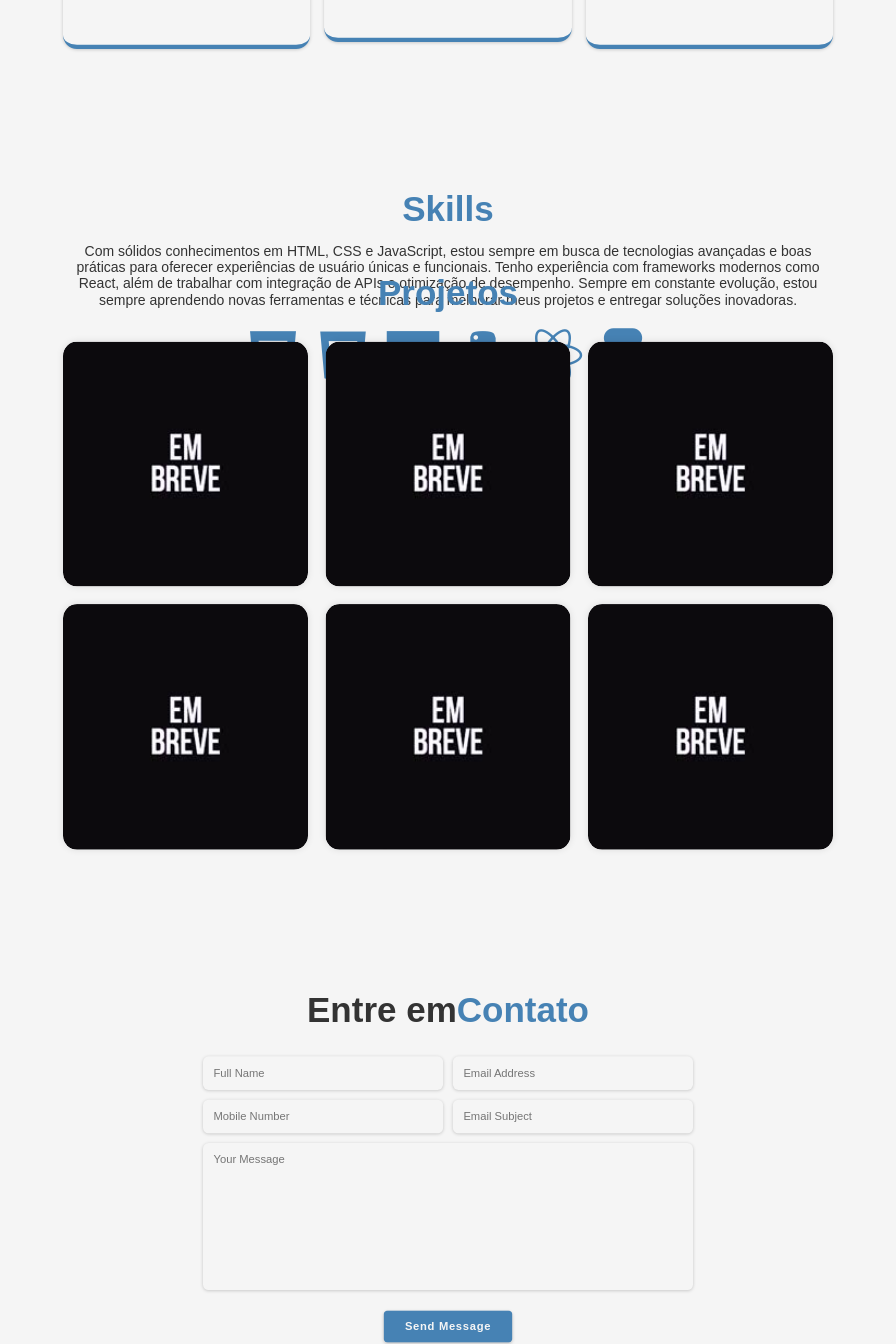
Repository: AliciaKathleen/portfolio-2025
Page: index.html
These files come from the project's save history. The page is drawn as it stood at one moment and after the next save; the edit follows.
The browser window is 1280 px wide. The pictures show the part of the page from y = 2080 to 4000 px (the page is 4182 px tall before and 4152 px after), at 70% of full size.

Above is the page before, as saved 2025-01-27 17:57:18.
Console error: TypeError: Cannot read properties of null (reading 'classList')

After the next save:
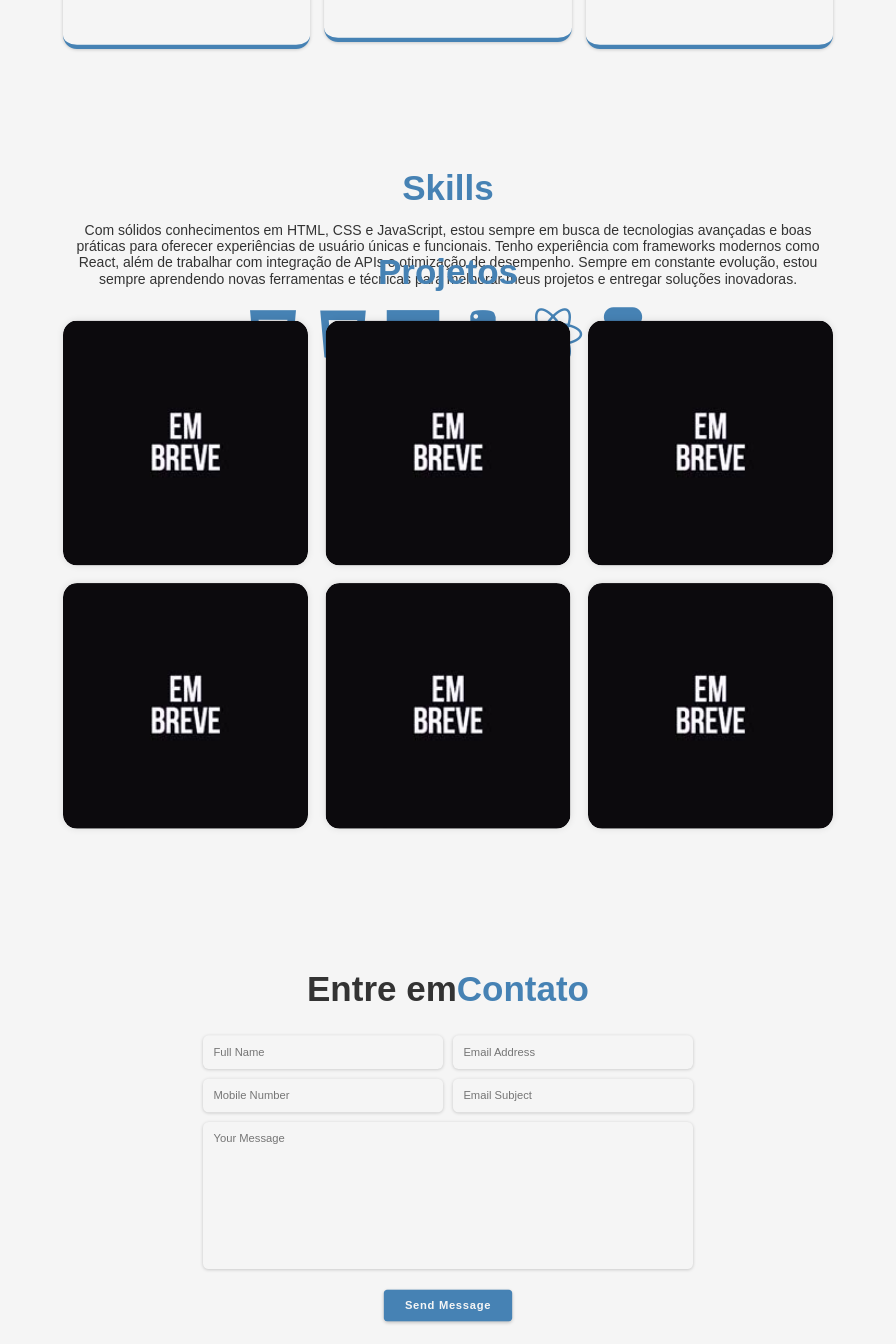
Saved 7 s later.
--- a/style.css
+++ b/style.css
@@ -350,7 +350,7 @@ span {
 }
 
 .skills {
-    margin-top: -5rem;
+    margin-top: -8rem;
 }
 
 .skills-container {
